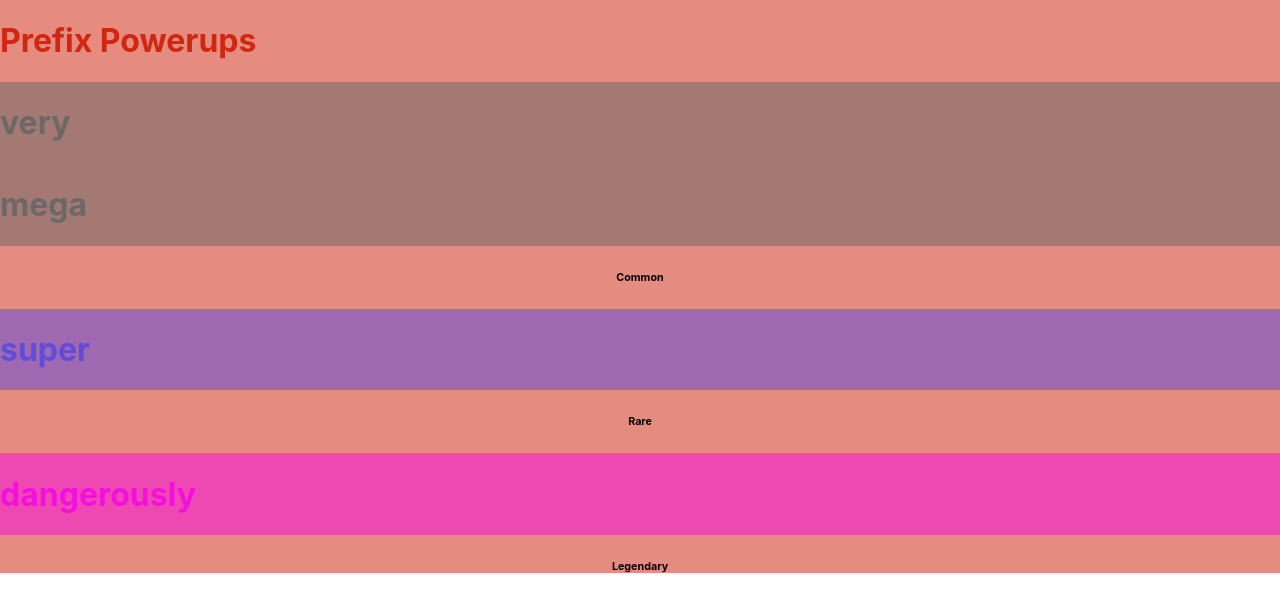
Repository: bsalgado98/buns-inator
Page: /
The author's editor kept a copy of each file at every save. The page is drawn from the files as they stood at one save, then again after the next save.
The browser window is 1280 px wide. The pictures show the whole page.
The project was rebuilt for these pictures with package versions that can differ from the ones it lists, and the page was loaded fresh each time.

Above is the page before, as saved 2022-04-25 22:23:44.

### src/index.css
body {
    margin: 0;
    padding: 0;
    font-family: -apple-system, BlinkMacSystemFont, 'Segoe UI', 'Roboto', 'Oxygen',
        'Ubuntu', 'Cantarell', 'Fira Sans', 'Droid Sans', 'Helvetica Neue',
        sans-serif;
    -webkit-font-smoothing: antialiased;
    -moz-osx-font-smoothing: grayscale;
}

code {
    font-family: source-code-pro, Menlo, Monaco, Consolas, 'Courier New', monospace;
}

### src/App.js
import './App.css';
import WordBank from './components/WordBank/WordBank'

function App() {
    const wordList = {
        prefixPowerups: [
            {
                sectionTitle: "Common",
                words: ['very', 'mega'],
                color: "#6b6867"
            },
            {
                sectionTitle: "Rare",
                words: ['super'],
                color: "#614cd9"
            },
            {
                sectionTitle: "Legendary",
                words: ['dangerously'],
                color: "#f50fde"
            }
        ]
    }

    return (
        <div className="App">
            <WordBank bankTitle='Prefix Powerups' color="#d12711" wordCollection={wordList.prefixPowerups}/>
        </div>
    );
}

export default App;

### src/components/WordBank/WordBank.js
import createWordSection from "../../utility/wordSection"

const WordBank = ({ bankTitle = "N/A", color = "#000000", wordCollection = [] }) => {
    const styles = {
        container: {
            style: {
                backgroundColor: `${color}88`
            }
        },
        title: {
            style: {
                color: color
            },
            container: {
                style: {
                    display: 'flex'
                }
            }
        },
        collectionArea: {
            style: {

            }
        }
    }
    return (
        <div style={styles.container.style}>
            <div style={styles.title.container.style}>
                <h1 style={styles.title.style}>{bankTitle}</h1>
            </div>
            <div>
                {wordCollection.map((section, i) => {
                    console.log(section.sectionTitle)
                    return (
                        <div key={`section-${i}`}>
                            {createWordSection(section.words, section.color)}
                            <h6>{section.sectionTitle}</h6>
                        </div>
                    )
                })}
            </div>
        </div>
    )
}

export default WordBank

### src/utility/wordSection.js
import WordCard from "../components/WordCard/WordCard";

function createWordSection(words, wordColor) {
    return words.map((word, i) => <WordCard key={`word-${i}`} text={word} color={wordColor} />)
}

export default createWordSection

### src/components/WordCard/WordCard.js
const WordCard = ({ text = "N/A", color = "#000000" }) => {
    const styles = {
        container: {
            style: {
                background: `${color}88`,
                display: 'flex'
            }
        },
        text: {
            style: {
                color: color
            }
        }
    }
    return (
        <div style={styles.container.style}>
            <h1 style={styles.text.style}>{text}</h1>
        </div>
    )
}

export default WordCard

Loaded but not shown: public/index.html (common file); src/index.js (common file); src/reportWebVitals.js (common file); src/App.css (common file)

After the next save:
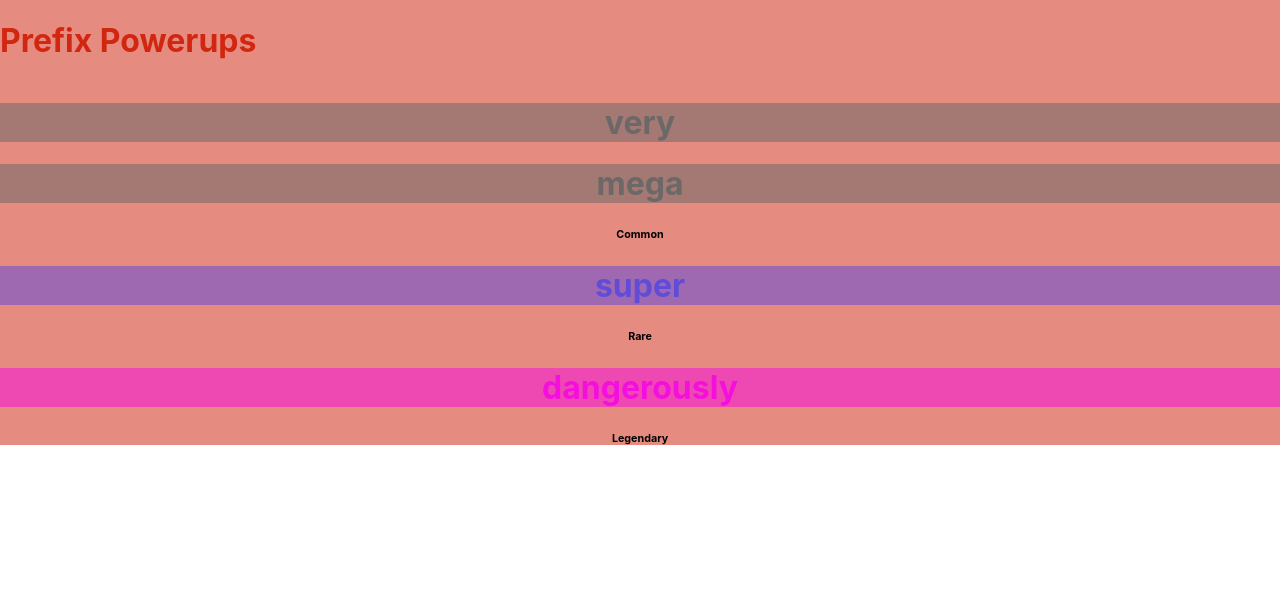
Saved 111 s later.
--- a/src/components/WordCard/WordCard.js
+++ b/src/components/WordCard/WordCard.js
@@ -3,7 +3,7 @@ const WordCard = ({ text = "N/A", color = "#000000" }) => {
         container: {
             style: {
                 background: `${color}88`,
-                display: 'flex'
+                display: 'block'
             }
         },
         text: {
